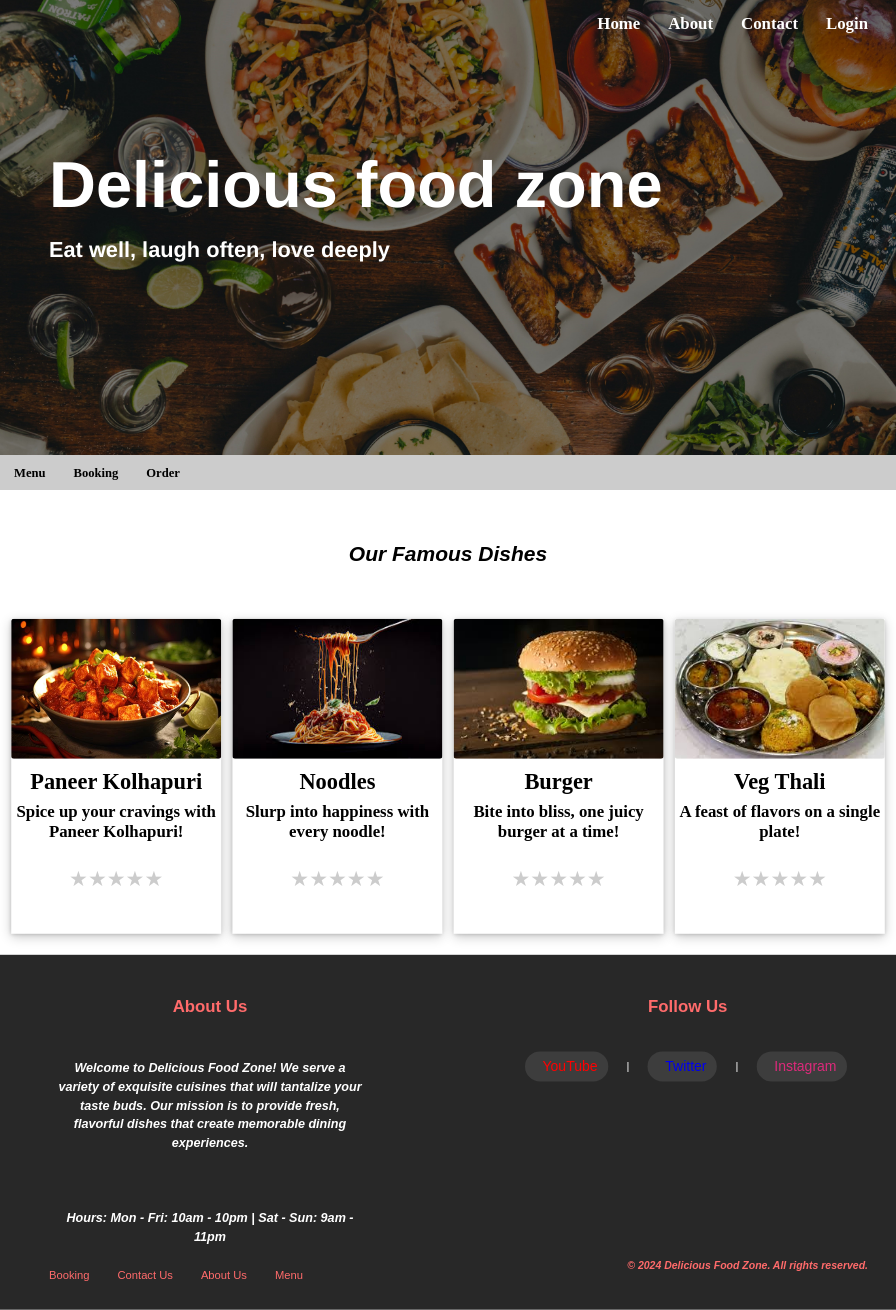
Repository: Shreya-Bonde/Restaurant-management-system
Page: index.html
An editor plug-in stored every save of this project. The page is shown before and after the next save, followed by the edit.
The browser window is 1280 px wide. The pictures show the whole page, at 70% of full size.

Above is the page before, as saved 2024-10-18 12:11:31.

### index.html
<!DOCTYPE html>
<html lang="en">
<head>
    <meta charset="UTF-8">
    <meta name="viewport" content="width=device-width, initial-scale=1.0">
    <title>Document</title>
    <link rel="stylesheet" href="style.css">
    <link rel="stylesheet" href="script.js">
</head>
<body>
    <header>
        <div class="banner-container">
                <nav class="navbar">
                    <ul>
                        <li><a href="#home">Home</a></li>
                        <li><a href="/about.html">About</a></li>
                        <li><a href="/contact.html">Contact</a></li>
                        <li><a href="/login.html">Login</a></li>
                        <!-- <li><a href="#">Sign up</a></li> -->
                    </ul>
                </nav>
                <div class="centered-text">
                    <h1>Delicious food zone</h1>
                    <h6>Eat well, laugh often, love deeply</h6>
                </div>
         </div>
         <div class="nav-bar">
            <nav>
                <a class="menu-btn" href="#famous-dishes" id="menu-link">Menu</a>
                <a class="menu-btn" href="/booking.html">Booking</a>
                <a class="menu-btn" href="order.html">Order</a>
            </nav>
         </div>
    </header>
        <p>Our Famous Dishes</p>
        <div id="famous-dishes" class="Flex">
            <div class="flex-item fitem1">
            <a href="/panner.html">
                <img src="paneer kolhapuri.jpg" alt="Paneer Kolhapuri">
                <h1>Paneer Kolhapuri</h1>
                <h2>Spice up your cravings with Paneer Kolhapuri!</h2>
            </a>
                <div class="rating">
                    <span class="star" data-value="5">&#9733;</span>
                    <span class="star" data-value="4">&#9733;</span>
                    <span class="star" data-value="3">&#9733;</span>
                    <span class="star" data-value="2">&#9733;</span>
                    <span class="star" data-value="1">&#9733;</span>
                </div>
            </div>
            <div class="flex-item fitem2">
            <a href="/noodles.html">
                <img src="noodles1.jpg" alt="Noodles">
                <h1>Noodles</h1>
                <h2>Slurp into happiness with every noodle!</h2>
            </a>
                <div class="rating">
                    <span class="star" data-value="5">&#9733;</span>
                    <span class="star" data-value="4">&#9733;</span>
                    <span class="star" data-value="3">&#9733;</span>
                    <span class="star" data-value="2">&#9733;</span>
                    <span class="star" data-value="1">&#9733;</span>
                </div>
            </div>
            <div class="flex-item fitem3">
            <a href="/burger.html">
                <img src="burger.jpg" alt="Burger">
                <h1>Burger</h1>
                <h2>Bite into bliss, one juicy burger at a time!</h2>
            </a>
                <div class="rating">
                    <span class="star" data-value="5">&#9733;</span>
                    <span class="star" data-value="4">&#9733;</span>
                    <span class="star" data-value="3">&#9733;</span>
                    <span class="star" data-value="2">&#9733;</span>
                    <span class="star" data-value="1">&#9733;</span>
                </div>
            </div>
            <div class="flex-item fitem4">
            <a href="/veg.html">
                <img src="veg thali.jpg" alt="veg thali">
                <h1>Veg Thali</h1>
                <h2>A feast of flavors on a single plate!</h2>
            </a>
                <div class="rating">
                    <span class="star" data-value="5">&#9733;</span>
                    <span class="star" data-value="4">&#9733;</span>
                    <span class="star" data-value="3">&#9733;</span>
                    <span class="star" data-value="2">&#9733;</span>
                    <span class="star" data-value="1">&#9733;</span>
                </div>
            </div>
        </div>


    <footer class="footer">
        <div class="footer-container">
            <div class="footer-about">
                <h2>About Us</h2>
                <p>
                    Welcome to Delicious Food Zone! We serve a variety of exquisite cuisines that will tantalize your taste buds. Our mission is to provide fresh, flavorful dishes that create memorable dining experiences.
                </p>
                <p>Hours: Mon - Fri: 10am - 10pm | Sat - Sun: 9am - 11pm</p>
            </div>



            <div class="footer-social">
                <h2>Follow Us</h2>
                <div class="social-icons">
                    <a href="https://www.facebook.com/yourrestaurant" target="_blank" aria-label="Facebook"><i class="fab fa-facebook-f"></i></a>
                    <a href="https://twitter.com/yourrestaurant" target="_blank" aria-label="Twitter"><i class="fab fa-twitter"></i></a>
                    <a href="https://www.instagram.com/yourrestaurant" target="_blank" aria-label="Instagram"><i class="fab fa-instagram"></i></a>
                    <a href="https://www.tripadvisor.com/Restaurant_Review-g1234567-d12345678-Your_Restaurant_Name" target="_blank" aria-label="TripAdvisor"><i class="fab fa-tripadvisor"></i></a>
                </div>

                <div class="sm-handle">
                    <a href="http://www.youtube.com/amandhattarwal" target="_blank" class="yt_handle"
                     rel="noopener noreferrer"> <i class="fa fa-youtube fa-lg yt_handle"></i>YouTube</a>&nbsp;&nbsp;|&nbsp;&nbsp;
                <a href="http://www.linkedin.com/in/dhatterwalaman" target="_blank" class="linkedin_handle"
                rel="noopener noreferrer"> <i class="fa fa-linkedin fa-lg linkedin_handle"></i>Twitter</a>&nbsp;&nbsp;|&nbsp;&nbsp;
                <a href="http://www.instagram.com/dhattarwalaman" target="_blank" class="insta_handle"
                 rel="noopener noreferrer"> <i class="fa fa-instagram fa-lg insta_handle"></i>Instagram</a>

                </div>
            </div>

            <div class="footer-bottom">
                <p>&copy; 2024 Delicious Food Zone. All rights reserved.</p>
            </div>

            <div class="footer-links">
                <a href="#famous-dishes">Menu</a>
                 <a href="about.html">About Us</a>
                 <a href="contact.html">Contact Us</a>
                 <a href="booking.html">Booking</a>
            </div>
        </div>



    </footer>
    <script src="script1.js"></script>
</body>
</html>

### style.css
* {
    box-sizing: border-box;
    margin: 0;
    padding: 0;
}
.banner-container {
    background-image: url(background1.jpg);
    background-repeat: no-repeat;
    background-size: cover;
    position: relative;
    width: 100%;
    height: 650px;
}
.navbar {
    position: absolute;
    top: 0;
    right: 0;
    padding: 20px;
}
.centered-text {
    position: absolute;
    top: 30%;
    left: 70px;
    color: white;
    line-height: 1.5;
    font-weight: bold;
    font-size: 2.9rem;
    font-family: 'Franklin Gothic Medium', 'Arial Narrow', Arial, sans-serif;
}
h6 {
    justify-content: center;
    margin-bottom: 20px;
}
nav ul {
    list-style-type: none;
    margin: 0;
    padding: 0;
    display: flex;
    justify-content: right;
    font-size: 1.5rem;
}
nav ul li {
    margin: 0 20px;
}
nav ul li a {
    color: white;
    text-decoration: none;
    font-weight: bold;
}
nav ul li a:hover {
    text-decoration: underline;
}
.nav-bar {
    display: flex;
    background-color: #cccccc;
    height: 50px;
    background-attachment: fixed;
}
.menu-btn {
    display: block;
    float: left;
    color: black;
    text-align: center;
    text-decoration: none;
    padding: 15px 20px;
    position: sticky;
    font-weight: bold;
    font-size: large;
}
.menu-btn:hover {
    background-color: #ddd;
    color: black;
}
.Flex {
    width: 100%;
    display: flex;
    flex-wrap: wrap;
    box-sizing: gray;
    align-items: center;
    justify-content: space-evenly;
}
.flex-item {
    box-shadow: 0 2px 6px 0 rgba(0,0,0,0.2), 0 4px 16px 0 rgba(0,0,0,0.2);
    margin: 0;
    padding: 0;
}
.flex-item img {
 width: 100%;
 object-fit: fill;
}
.flex-item {
    margin-top: 20px;
    margin-bottom: 30px;
    display: inline-block;
    background-color: white;
    width: 300px;
    height: 450px;
    text-align: center;
}
.flex-item:hover {
    transform: scale(1.05);
}
img {
    width: 100%;
    height: 200px;
    object-fit: fill;
    border-radius: 4px;
}
p {
    text-align: center;
    font-size: 30px;
    font-weight: bold;
    font-style: oblique;
    font-family: Arial, Helvetica, sans-serif;
    padding: 50px 20px 30px;
    text-decoration: none;
    margin-top: 25px;
    margin-bottom: 25px;
}
.flex-item h2 {
    line-height: 1.2;
}
.flex-item h1 {
    padding-top: 10px;
    padding-bottom: 10px;
}

.flex-item a {
    text-decoration: none;
    color: inherit; /* Keep the text color same as parent */
    display: block; /* Make the entire flex item block clickable */
}

.flex-item a:hover {
    color: inherit; /* Ensure hover doesn't change the text color */
}

.flex-item:hover {
    transform: scale(1.05);
}


/* Star rating styles */
.rating {
    display: flex;
    justify-content: center;
    margin-top: 35px;
}

.rating .star {
    font-size: 30px;
    cursor: pointer;
    color: #ccc; /* Default star color */
    transition: color 0.2s ease;
}

.rating .star:hover,
.rating .star.active {
    color: #ffcc00; /* Star color on hover and when active */
}

/* "selected" stars keep the color yellow even after hover */
.rating .star.selected {
    color: #ffcc00; /* Permanent yellow color after selection */
}


footer {
    background-color: #282828;
    color: #fff;
    padding: 40px 20px;
    text-align: center;
    font-family: 'Arial', sans-serif;
}

.footer-container {
    display: flex;
    position: relative;
    justify-content: space-between;
    flex-wrap: wrap;
    max-width: 1200px;
    margin: 0 auto;
    padding: 20px;
}

.footer-about,
.footer-links,
.footer-social {
    flex: 1;
    min-width: 250px;
}

.footer-about h2,
.footer-links h2,
.footer-social h2 {
    color: #ff6b6b;
    margin-bottom: 10px;
}

.footer-about p {
    text-decoration: none;
    line-height: 1.5;
    font-size: 18px;
    margin: 0;
}
.footer-links {
    position: absolute;
    bottom: 0;
    left: 10px;
    margin-top: 0px; /* Add some space above the links */
    padding-left: 0;
}

.footer-links a {
    display: block;
    float: right;
    color: white;
    text-align: center;
    text-decoration: none;
    padding: 0 20px;
    margin-left: 0;
    position: sticky;
    color: #ff6b6b;
    text-decoration: none;
    transition: color 0.3s ease;
}

.footer-links a:hover {
    color: #fff;
}
/* .footer-links a { */
    /* display: inline-block; */
    /* margin-right: 10px; Spacing between the links */
    /* text-decoration: none; */
    /* color: #333; You can change the color if needed */
/* } */

/* .footer-links a:hover { */
    /* color: #007BFF; Hover effect on links */
/* } */
.footer-social {
    margin-left: 200px; /* Adjust this value to shift further or less */
}
.footer-social .social-icons {
    display: flex;
    justify-content: center;
    margin-top: 10px;
}
.footer-social h2 {
    margin-bottom: 35px;
    margin-left: 5px; /* Adjust this value to control the shift */
}
.footer-social .social-icons a {
    color: #ff6b6b;
    margin-left: 10px;
    font-size: 24px;
    transition: color 0.3s ease;
}

.footer-social .social-icons a:hover {
    color: #fff;
}
.sm-handle {
    display: flex;          /* Use flexbox to align items horizontally */
    flex-wrap: nowrap;      /* Prevent items from wrapping to the next line */
    justify-content: space-between; /* Add space between items */
    align-items: center;    /* Center them vertically */
    margin-top: 10px;       /* Add some space above the sm-handle */
}
.sm-handle a {
    background-color: rgb(125 125 125 / 25%);
    padding: 10px 15px;
    border-radius: 30px;
    margin: 5px 10px;
    text-decoration: none;
    font-size: 1.25em;
}

.sm-handle a:hover {
    background-color: rgb(30 30 30 / 25%);
}

.sm-handle a i {
    margin: 5px;
}
.yt_handle {
    color: #FF0000;
}

.twitter_handle {
    color: #48b7ea;
}

.insta_handle {
    color: #dd2a7b;
}

.footer-bottom {
    position: absolute; /* Position the copyright notice */
    bottom: 10px; /* Align near the bottom */
    right: 0; /* Align to the rightmost corner */
    color: #ff6b6b; /* Same color as the links */

}

.footer-bottom p {
    margin: 0; /* Remove margin */
    padding: 5px 0; /* Add some padding */
    font-size: 15px;
    right: 0;
    margin-left: 0;
}

/* Responsive styling */
@media (max-width: 768px) {
    .flex-item {
        width: 100%; /* Full width on smaller screens */
        margin-bottom: 20px;
    }
}

### script.js
document.addEventListener('DOMContentLoaded', function () {
    const stars = document.querySelectorAll('.star');

    stars.forEach(star => {
        // Click event to set the rating permanently
        star.addEventListener('click', function () {
            const rating = this.getAttribute('data-value');

            // Remove selected class from all stars
            stars.forEach(s => s.classList.remove('selected'));

            // Add selected class to the clicked star and all previous stars
            this.classList.add('selected');
            let previous = this.previousElementSibling;
            while (previous) {
                previous.classList.add('selected');
                previous = previous.previousElementSibling;
            }
        });

        // Hover effect to preview rating
        star.addEventListener('mouseover', function () {
            // Remove active class from all stars (hover preview effect)
            stars.forEach(s => s.classList.remove('active'));

            // Add active class to hovered star and all previous stars
            this.classList.add('active');
            let previous = this.previousElementSibling;
            while (previous) {
                previous.classList.add('active');
                previous = previous.previousElementSibling;
            }
        });

        // Remove hover effect but retain the selected stars
        star.addEventListener('mouseout', function () {
            // Remove active class from all stars (clear hover effect)
            stars.forEach(s => s.classList.remove('active'));

            // Re-apply selected class to keep stars yellow after rating
            stars.forEach(s => {
                if (s.classList.contains('selected')) {
                    s.classList.add('active');
                }
            });
        });
    });
});

### script1.js
// Highlight stars based on clicks
function highlightStars(event) {
    const stars = event.currentTarget.querySelectorAll('.star');
    const selectedValue = event.target.getAttribute('data-value');

    stars.forEach((star) => {
        if (star.getAttribute('data-value') <= selectedValue) {
            star.classList.add('selected'); // Add a class to highlight the star
        } else {
            star.classList.remove('selected'); // Remove highlight from unselected stars
        }
    });
}

After the next save:
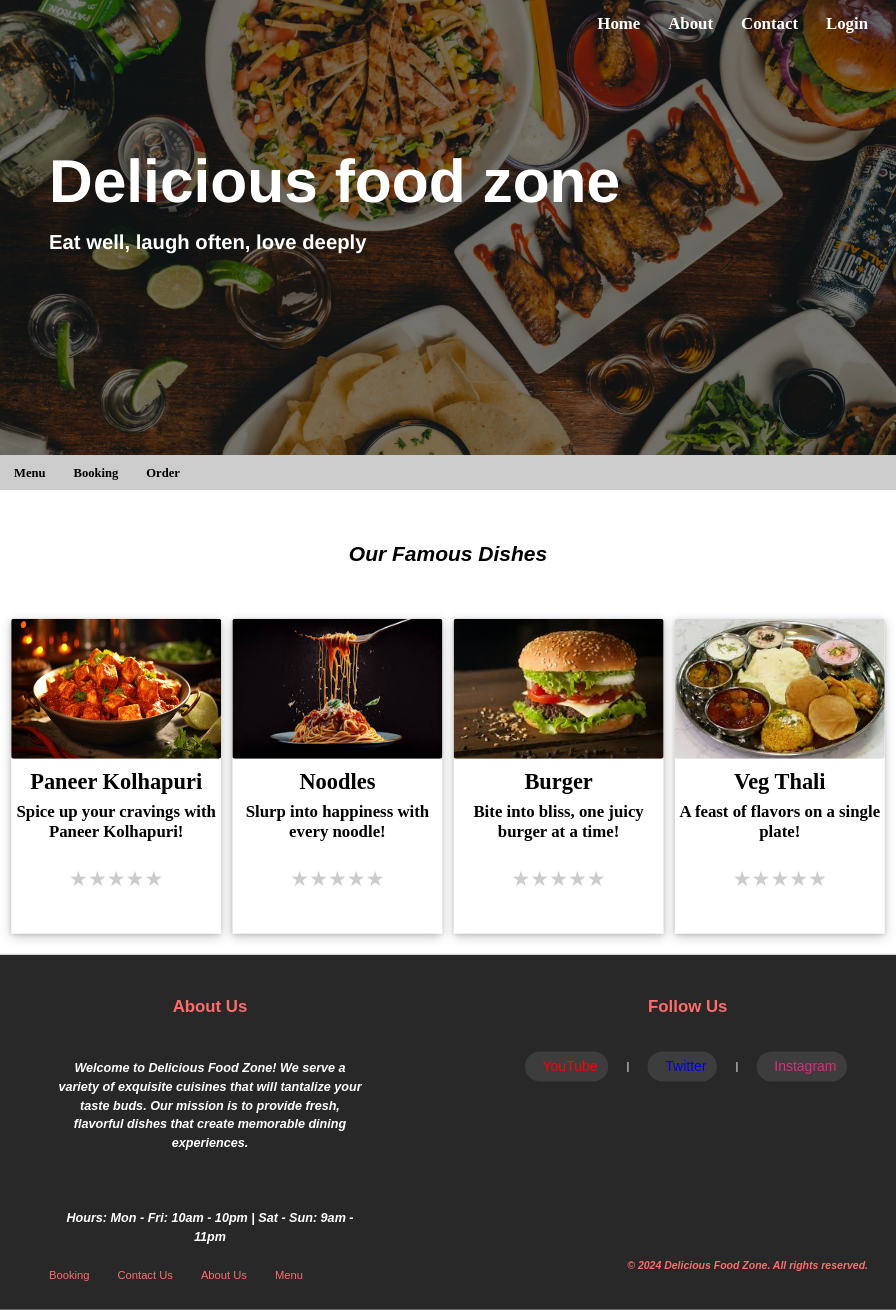
Saved 10 s later.
--- a/style.css
+++ b/style.css
@@ -24,7 +24,7 @@
     color: white;
     line-height: 1.5;
     font-weight: bold;
-    font-size: 2.9rem;
+    font-size: 2.7rem;
     font-family: 'Franklin Gothic Medium', 'Arial Narrow', Arial, sans-serif;
 }
 h6 {
